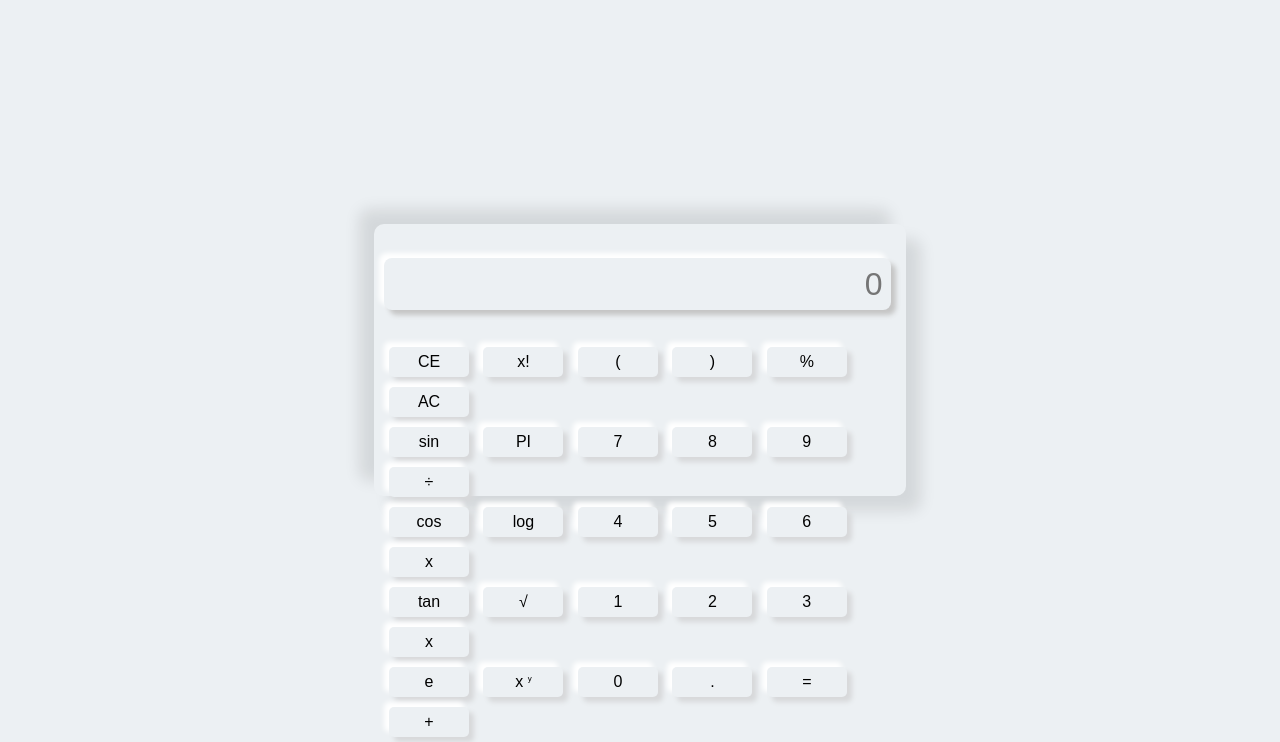
Repository: Haakim19/Scientific-Calculator
Page: intex.html
These files come from the project's save history. The page is drawn as it stood at one moment and after the next save; the edit follows.
The browser window is 1280 px wide. The pictures show the whole page.

Above is the page before, as saved 2024-10-27 13:39:11.

After the next save:
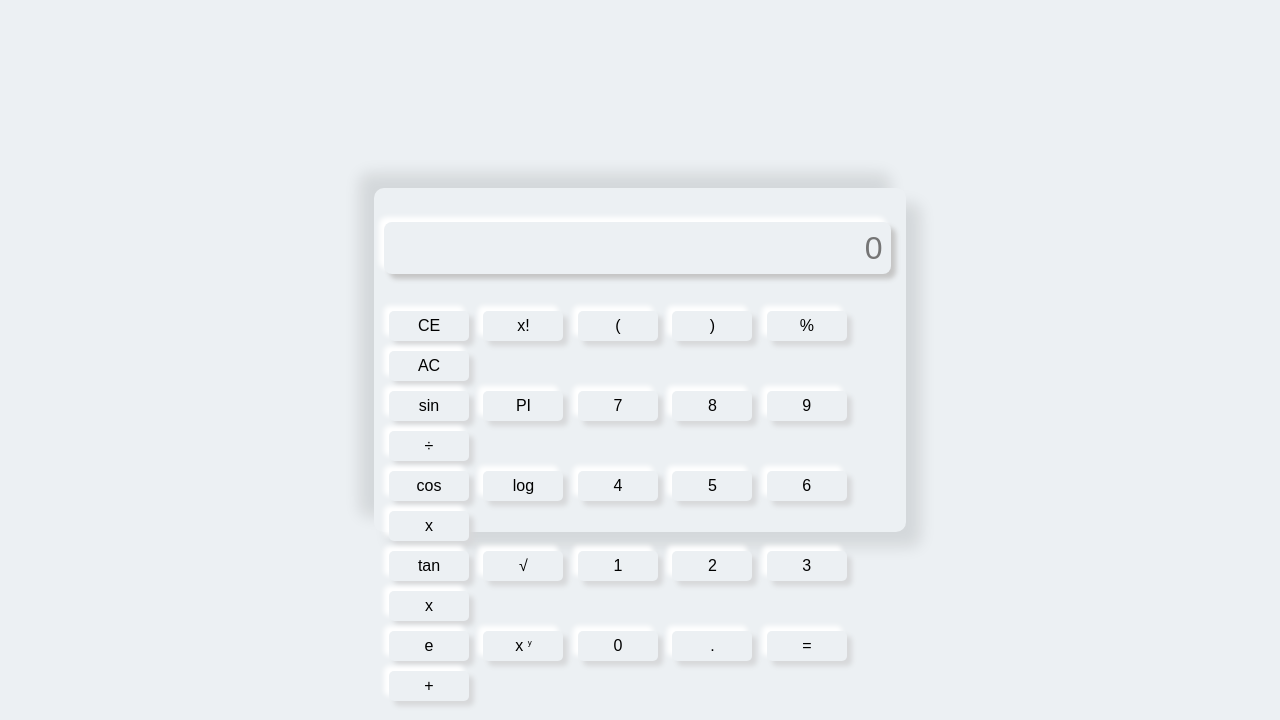
Saved 7 s later.
--- a/Style.css
+++ b/Style.css
@@ -12,7 +12,7 @@ body{
 
 .container{
     width: 40%;
-    height: 35vh;
+    height: 45vh;
     padding: 10px;
     border-radius: 10px;
     box-shadow: 15px 15px 15px rgba(0, 0, 0, 0.1),
